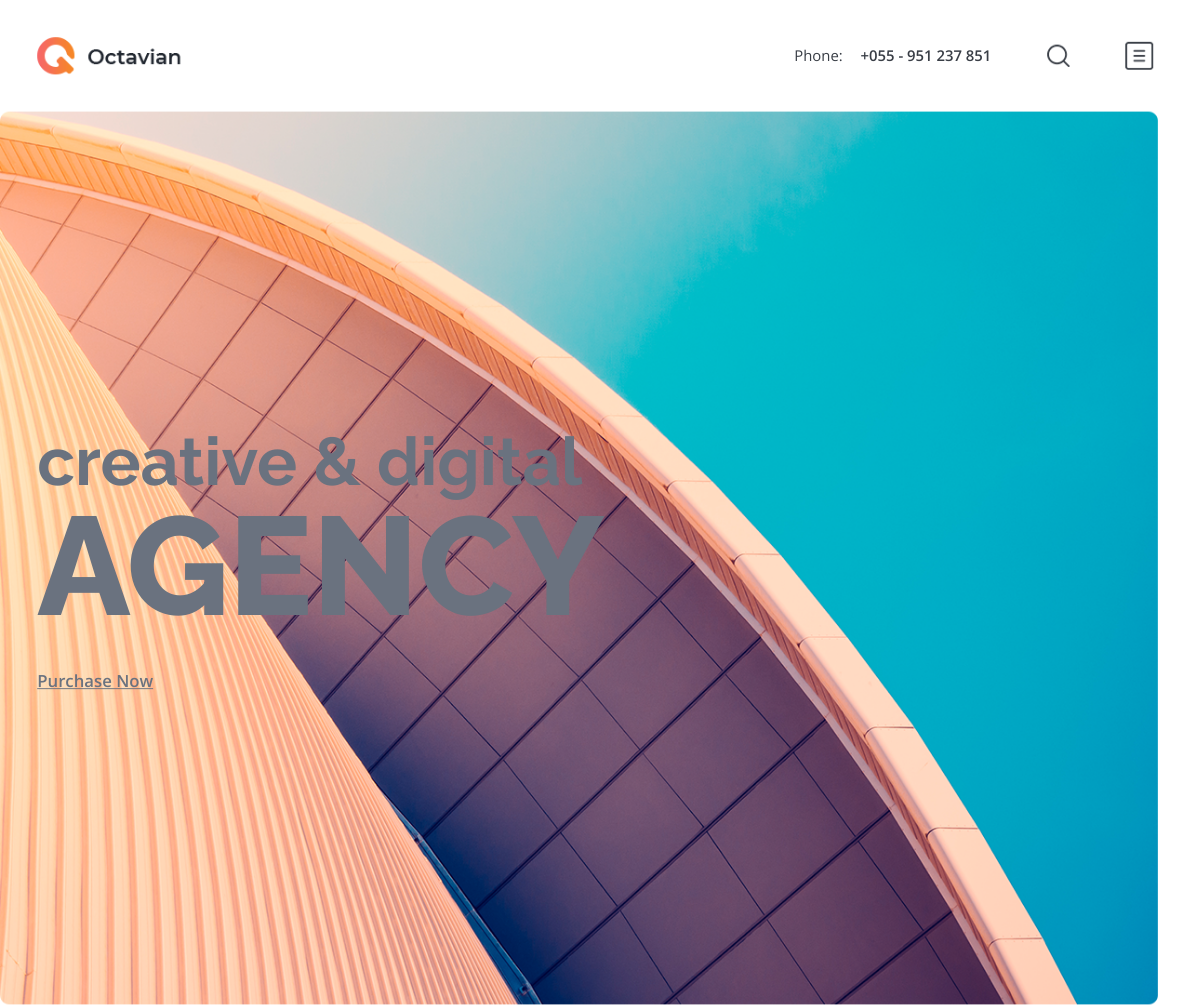
Repository: kate30980/LP-practiceoctavian
Page: index.html
The author's editor kept a copy of each file at every save. The page is drawn from the files as they stood at one save, then again after the next save.
The browser window is 1280 px wide. The pictures show the whole page, at 93% of full size.
The style sheet was rebuilt from its Sass, Less or Tailwind sources for each picture, by a compiler version that may differ from the author's.

Above is the page before, as saved 2021-08-25 09:03:27.

### index.html
<!DOCTYPE html>
<html lang="en">

<head>
    <meta charset="UTF-8">
    <meta http-equiv="X-UA-Compatible" content="IE=edge">
    <meta name="viewport" content="width=device-width, initial-scale=1.0">
    <title>Octavian LP</title>
    <script type="module" src="https://unpkg.com/ionicons@5.5.2/dist/ionicons/ionicons.esm.js"></script>
    <script nomodule src="https://unpkg.com/ionicons@5.5.2/dist/ionicons/ionicons.js"></script>
    <link rel="preconnect" href="https://fonts.googleapis.com">
    <link rel="preconnect" href="https://fonts.gstatic.com" crossorigin>
    <link
        href="https://fonts.googleapis.com/css2?family=Open+Sans:wght@300;400;600;700&family=Raleway:wght@700;800&display=swap"
        rel="stylesheet">
    <link rel="stylesheet" href="css/app.css">
</head>

<body>
    <header class="header">
        <div class="container">
            <div class="header-main">
                <img src="./images/logo.png" alt="logo-header" class="header-logo">
                <div class="navigation">
                    <p class="header-phone">Phone: <span>+055 - 951 237 851</span></p>
                    <img src="./images/icon-search.png" alt="" class="icon-search">
                    <img src="./images/icon-bars.png" alt="" class="icon-toggle">
                </div>
            </div>
        </div>
    </header>
    <main>
        <section class="hero">
            <img src="./images/img1.png" alt="img-header" class="hero-image">
            <div class="container">
                <div class="hero-content">
                    <h2 class="hero-caption second-font">creative & digital</h2>
                    <h1 class="hero-heading second-font">Agency</h1>
                    <a href="#" class="hero-link">Purchase Now</a>
                </div>
            </div>
        </section>
    </main>
</body>

</html>

### sass/app.scss
@import "variables";
@import "reset";
@import "base";
@import "header";
@import "hero";

### sass/_variables.scss
$primary-font: "Open sans", sans-serif;
$secondary-font: "Raleway", sans-serif;
$gray: #393e46;
$gray-light: #6a727f;

### sass/_base.scss
body{
    font-family: $primary-font;
    font-size: 16px;
    line-height:1;
    color: $gray-light;
    max-width: 1920px;
    margin: 0 auto;
}
.container{
    max-width: 1200px;
    margin: 0 auto;
    padding:0 15px;
}
.second-font{
    font-family: $secondary-font;
}

### sass/_header.scss
.header{
    &-main{
         display: flex;
         justify-content: space-between;
         align-items: center;
         padding: 40px 0;
    }
    &-phone{
        color: $gray;
        font-weight: 300;
        span{
            font-weight: 600;
            margin-left: 15px;
        }
    }
}
.navigation{
    display: flex;
    align-items: center;
    gap: 0 60px;
}

### sass/_hero.scss
.hero{
    position: relative;
    &-image{
        margin-right: auto;
    }
    &-content{
        position: absolute;
        top: 50%;
        transform: translateY(-50%);
        z-index: 2;
    }
    &-caption{
        font-size: 72px;
        font-weight: 600;
    }
    &-heading{
        font-weight: 800;font-size: 150px;
        text-transform: uppercase;
        margin-bottom: 40px;
    }
    &-link{
        font-size: 18px;
        text-decoration: underline;
        color: $gray-light;
        display: inline-block;
        font-weight: 600;
    }
}

Loaded but not shown: sass/_reset.scss (common file)

After the next save:
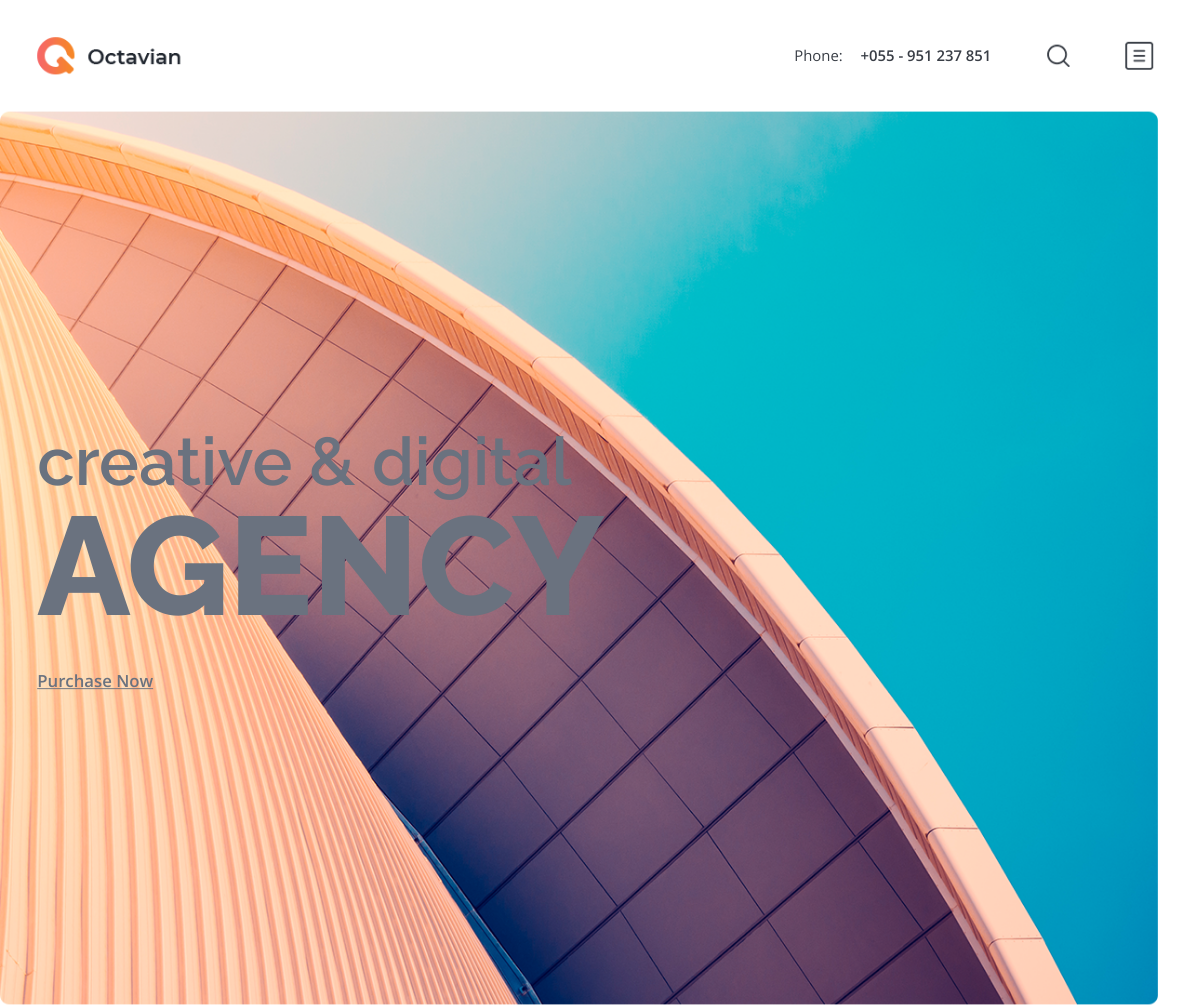
Saved 2 min 11 s later.
--- a/index.html
+++ b/index.html
@@ -11,7 +11,7 @@
     <link rel="preconnect" href="https://fonts.googleapis.com">
     <link rel="preconnect" href="https://fonts.gstatic.com" crossorigin>
     <link
-        href="https://fonts.googleapis.com/css2?family=Open+Sans:wght@300;400;600;700&family=Raleway:wght@700;800&display=swap"
+        href="https://fonts.googleapis.com/css2?family=Open+Sans:wght@300;400;600;700&family=Raleway:wght@600;700;800&display=swap"
         rel="stylesheet">
     <link rel="stylesheet" href="css/app.css">
 </head>
